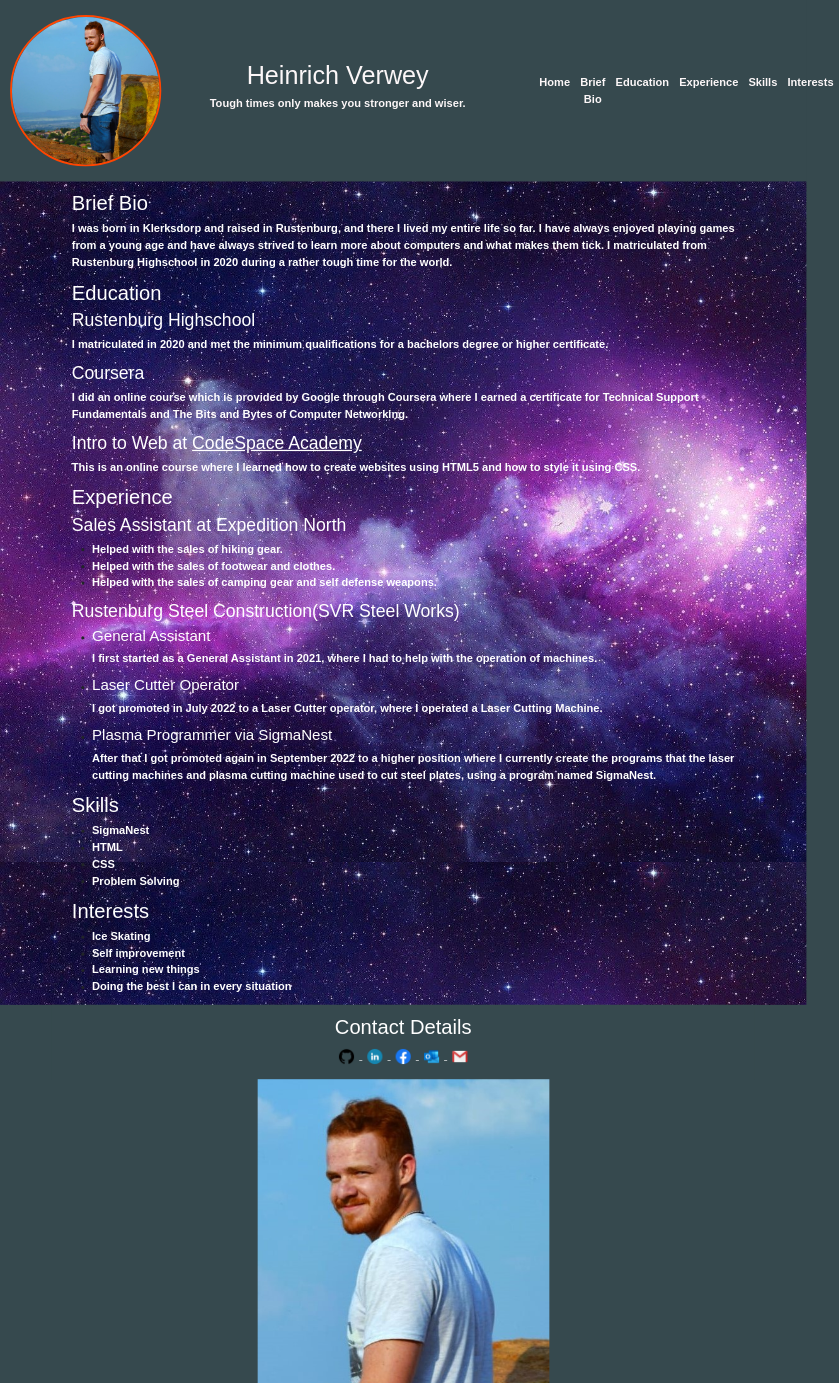
Repository: W3asl3y/IntroToWebDesign
Page: index.html
An editor plug-in stored every save of this project. The page is shown before and after the next save, followed by the edit.
The browser window is 1280 px wide. The page is 1331 px wide, then 1280 px, so the pictures cover 1331 px, including what lies to the right of the window. The pictures show the whole page, at 63% of full size.

Above is the page before, as saved 2022-12-09 15:32:23.

After the next save:
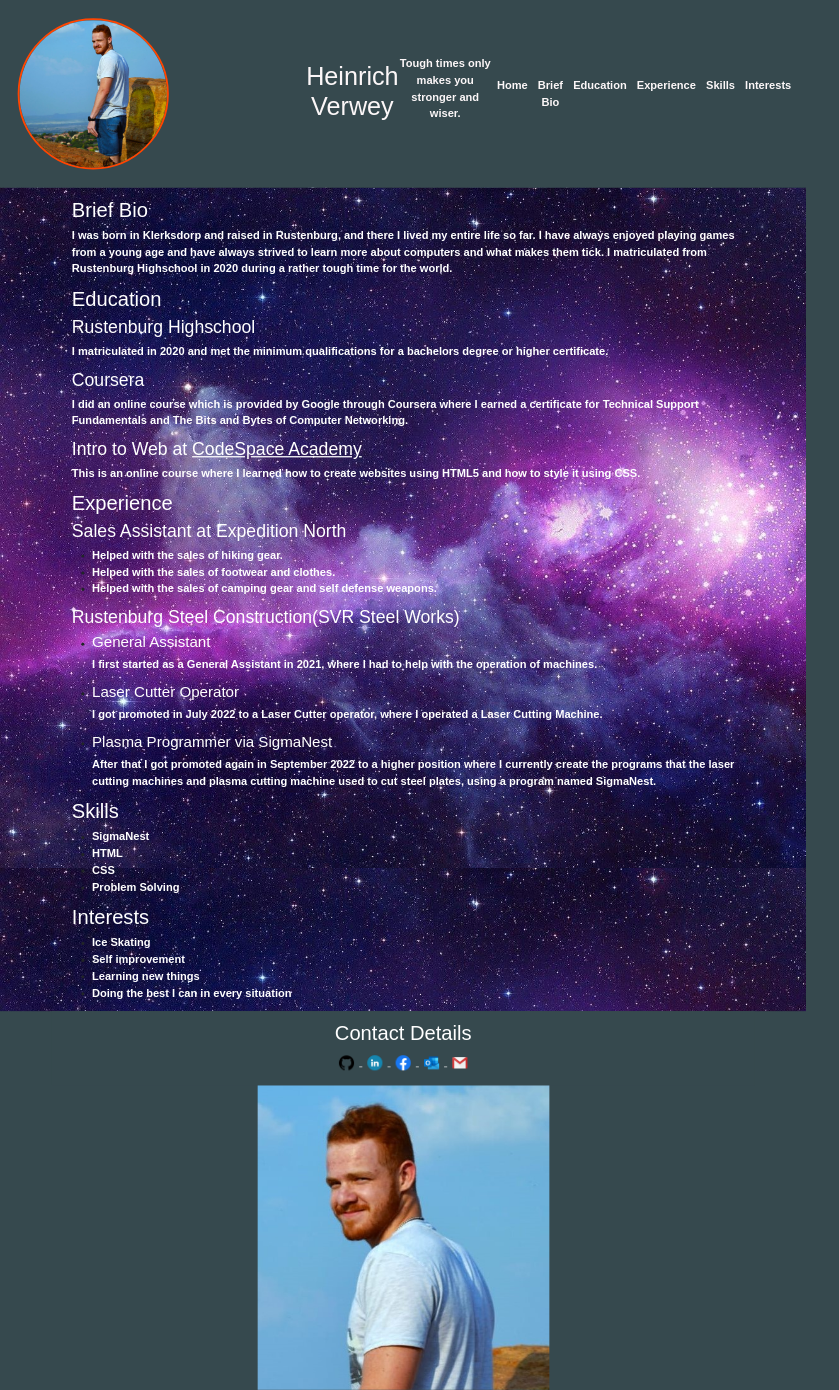
Saved 3 min 17 s later.
--- a/index.html
+++ b/index.html
@@ -18,14 +18,10 @@
     </head>
     <body>
         <header id="heading">
-            <div class="container-fluid text-center" style="padding: 0">
-                <div class="row">
                     <nav class="navbar navbar-expand-lg bg-transparent">
                         <div class="container-fluid">
-                            <div class="col-2">
                                  <a class="navbar-brand" href="#"><img id="profile_picture" src="images/Heinrich.jpg" alt="My profile picture" ></a>
                             </div>
-                            <div class="col-6 text-center" >
                                 <h1>
                                     Heinrich Verwey
                                 </h1>
@@ -34,8 +30,7 @@
                                     Tough times only makes you stronger and wiser.
                                 </p>
                             </div>
-                            <div class="col-4">
-                                 <button class="navbar-toggler" type="button" data-bs-toggle="collapse" data-bs-target="#navbarSupportedContent" aria-controls="navbarSupportedContent" aria-expanded="false" aria-label="Toggle navigation">
+                                 <button class="navbar-toggler m-auto" type="button" data-bs-toggle="collapse" data-bs-target="#navbarSupportedContent" aria-controls="navbarSupportedContent" aria-expanded="false" aria-label="Toggle navigation">
                                     <span class="navbar-toggler-icon"></span>
                                 </button>
                                 <div class="collapse navbar-collapse" id="navbarSupportedContent">
